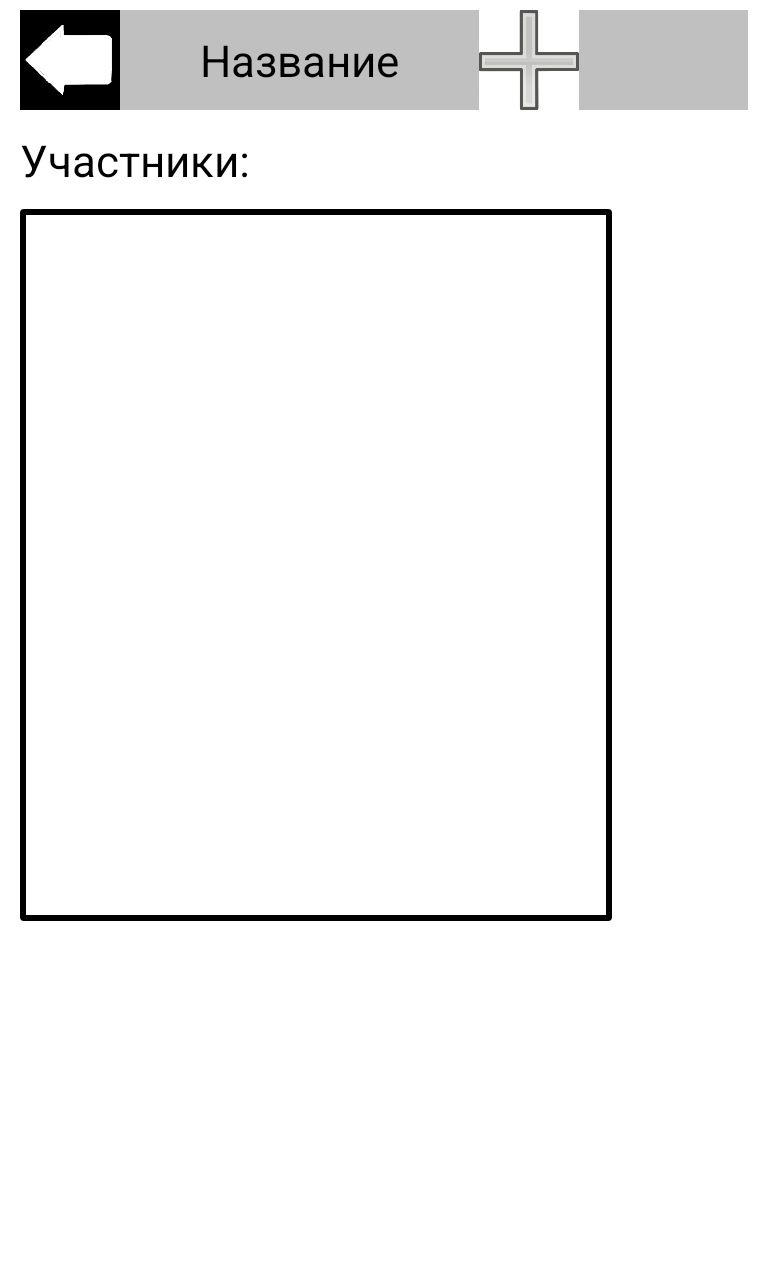
Repository: webguild/RedmineMobile
Layout: Android/RedmineAndroid/res/layout/project_settings_worker.xml
An editor plug-in stored every save of this project. The layout is shown before and after the next save, followed by the edit.
It is drawn on a 768 x 1280 px phone screen (xhdpi) without system bars, with theme AppTheme; the app's code is not run. Lists and similar views that code fills are empty.

Above is the layout before, as saved 2013-01-21 15:15:35.

After the next save:
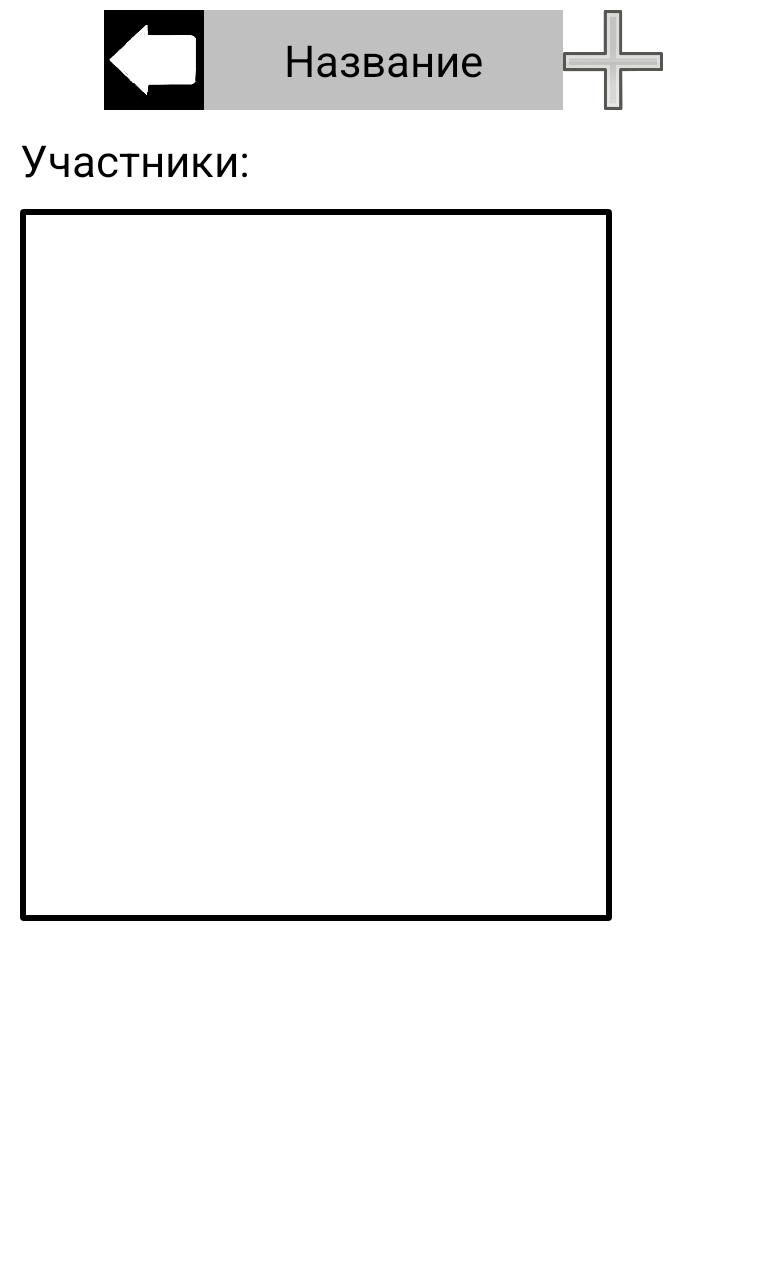
Saved 99 s later.
--- a/Android/RedmineAndroid/res/layout/project_settings_worker.xml
+++ b/Android/RedmineAndroid/res/layout/project_settings_worker.xml
@@ -10,8 +10,9 @@
     android:paddingTop="5dp" >
 
     <LinearLayout
-        android:layout_width="match_parent"
+        android:layout_width="wrap_content"
         android:layout_height="wrap_content"
+        android:layout_gravity="center_horizontal"
         android:background="#C0C0C0" >
 
         <Button
